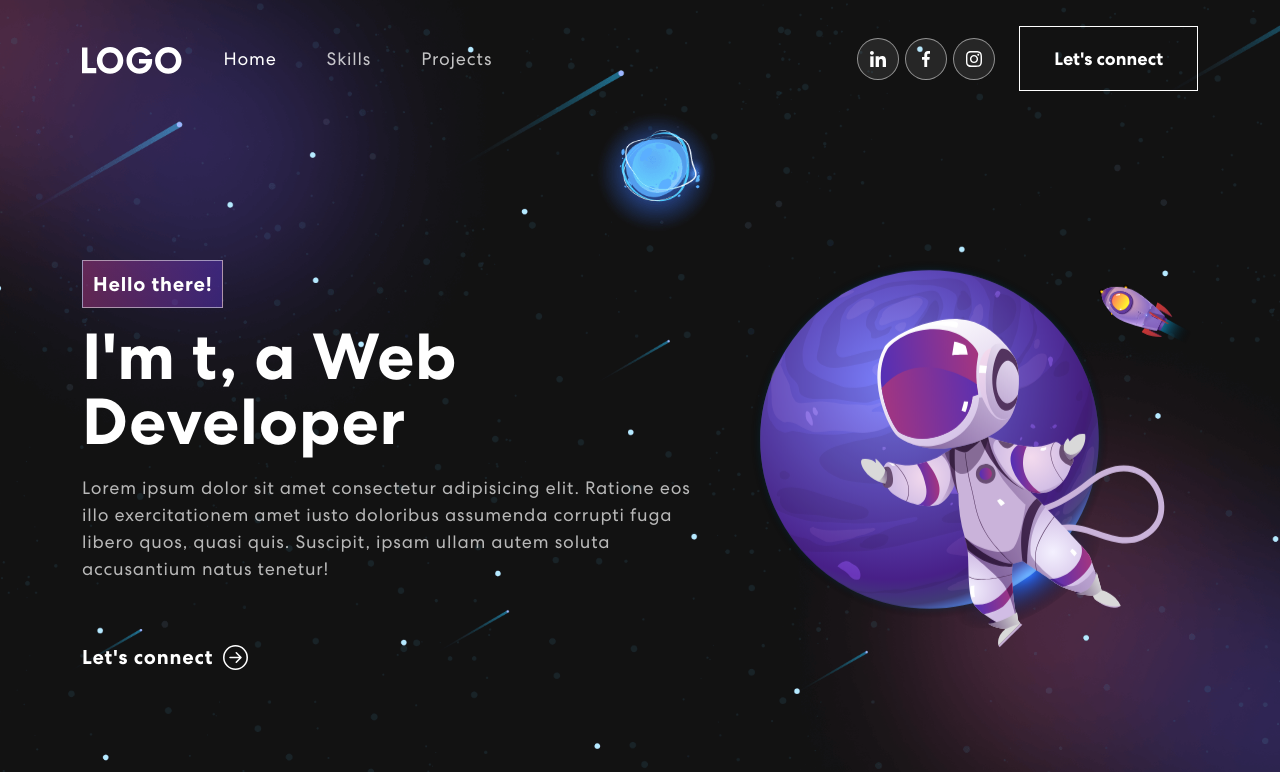
Repository: tynoschuck/personal-space-portfolio
Page: /
The author's editor kept a copy of each file at every save. The page is drawn from the files as they stood at one save, then again after the next save.
The browser window is 1280 px wide. The pictures show the whole page.
The project was rebuilt for these pictures with package versions that can differ from the ones it lists, and the page was loaded fresh each time.

Above is the page before, as saved 2023-01-02 10:11:07.

### src/App.js
import logo from "./logo.svg";
import "./App.css";
import { NavBar } from "./components/NavBar";
import { Banner } from "./components/Banner";
import "bootstrap/dist/css/bootstrap.min.css";

function App() {
  return (
    <div className="App">
      <NavBar />
      <Banner />
    </div>
  );
}

export default App;

### src/App.css
@font-face {
  font-family: Centra;
  src: url('./assets/font/CentraNo2-Bold.ttf');
  font-weight: 700;
}
@font-face {
  font-family: Centra;
  src: url('./assets/font/CentraNo2-Book.ttf');
  font-weight: 400;
}
@font-face {
  font-family: Centra;
  src: url('./assets/font/CentraNo2-Medium.ttf');
  font-weight: 500;
}

* {
  margin: 0;
  padding: 0;
  box-sizing: border-box;
}
html {
  scroll-behavior: smooth;
  scroll-padding-top: 75px;
}
body {
  font-weight: 400;
  overflow-x: hidden;
  position: relative;
  background-color: #121212 !important;
  color: #fff !important;
  font-family: Centra, sans-serif !important;
}

h1, h2, h3, h4, h5, h6 {
  margin: 0;
  padding: 0;
  line-height: normal;
}

a:hover {
  text-decoration: none;
}

img {
  width: 100%;
  height: auto;
}

button {
  border: 0;
  background-color: transparent;
}

input:focus, textarea:focus, select:focus {
  outline: none;
}

@media (min-width:1700px) {
	main .container {
		max-width: 100%;
		padding: 0 150px;
	}
}

p.success {
	color: green;
}

p.danger {
	color: red;
}
/************ Navbar Css ************/
nav.navbar {
  padding: 18px 0;
  position: fixed;
  width: 100%;
  top: 0;
  z-index: 9999;
  transition:  0.32s ease-in-out;
}
nav.navbar.scrolled {
  padding: 0px 0;
  background-color: #121212;
}
nav.navbar a.navbar-brand {
    width: 9%;
}
nav.navbar .navbar-nav .nav-link.navbar-link {
  font-weight: 400;
  color: #fff !important;
  letter-spacing: 0.8px;
  padding: 0 25px;
  font-size: 18px;
  opacity: 0.75;
}
nav.navbar .navbar-nav a.nav-link.navbar-link:hover,
nav.navbar .navbar-nav a.nav-link.navbar-link.active {
    opacity: 1;
}
span.navbar-text {
    display: flex;
    align-items: center;
}
.social-icon {
    display: inline-block;
    margin-left: 14px;
}
.social-icon a {
    width: 42px;
    height: 42px;
    background: rgba(217, 217, 217, 0.1);
    display: inline-flex;
    border-radius: 50%;
    margin-right: 6px;
    align-items: center;
    justify-content: center;
    line-height: 1;
    border: 1px solid rgba(255, 255, 255, 0.5);
}
.social-icon a::before {
    content: "";
    width: 42px;
    height: 42px;
    position: absolute;
    background-color: #ffffff;
    border-radius: 50%;
    transform: scale(0);
	transition: 0.3s ease-in-out;
}
.social-icon a:hover::before {
    transform: scale(1);
}
.social-icon a img {
	width: 40%;
	z-index: 1;
	transition: 0.3s ease-in-out;
}
.social-icon a:hover img {
	filter: brightness(0) saturate(100%) invert(0%) sepia(7%) saturate(98%) hue-rotate(346deg) brightness(95%) contrast(86%);
}
.navbar-text button {
  font-weight: 700;
  color: #fff;
  border: 1px solid #fff;
  padding: 18px 34px;
  font-size: 18px;
  margin-left: 18px;
	position: relative;
	background-color: transparent;
	transition: 0.3s ease-in-out;
}
.navbar-text button span {
  z-index: 1;
}
.navbar-text button::before {
  content: "";
  width: 0%;
  height: 100%;
  position: absolute;
  background-color: #fff;
  left: 0;
  top: 0;
  z-index: -1;
  transition: 0.3s ease-in-out;
}
.navbar-text button:hover {
  color: #121212;
}
.navbar-text button:hover::before {
	content: "";
	width: 100%;
	height: 100%;
	position: absolute;
}
nav.navbar .navbar-toggler:active,
nav.navbar .navbar-toggler:focus {
	outline: none;
    box-shadow: none;
}
nav.navbar .navbar-toggler-icon {
  width: 24px;
  height: 17px;
  background-image: none;
  position: relative;
  border-bottom: 2px solid #fff;
  transition: all 300ms linear;
  top: -2px;
}
nav.navbar .navbar-toggler-icon:focus {
	border-bottom: 2px solid #fff;
}
nav.navbar .navbar-toggler-icon:after,
nav.navbar .navbar-toggler-icon:before {
	width: 24px;
	position: absolute;
	height: 2px;
	background-color: #fff;
	top: 0;
	left: 0;
	content: '';
	z-index: 2;
	transition: all 300ms linear;
}
nav.navbar .navbar-toggler-icon:after {
	top: 8px;
}
nav.navbar .navbar-toggler[aria-expanded="true"] .navbar-toggler-icon:after {
	transform: rotate(45deg);
	background-color: #fff;
	height: 2px;
}
nav.navbar .navbar-toggler[aria-expanded="true"] .navbar-toggler-icon:before {
	transform: translateY(8px) rotate(-45deg);
	background-color: #fff;
	height: 2px;
}
nav.navbar .navbar-toggler[aria-expanded="true"] .navbar-toggler-icon {
	border-color: transparent;
}

/************ Banner Css ************/
.banner {
  margin-top: 0;
  padding: 260px 0 100px 0;
  background-image: url('./assets/img/banner-bg.png');
  background-position: top center;
  background-size: cover;
  background-repeat: no-repeat;
}
.banner .tagline {
  font-weight: 700;
  letter-spacing: 0.8px;
  padding: 8px 10px;
  background: linear-gradient(90.21deg, rgba(170, 54, 124, 0.5) -5.91%, rgba(74, 47, 189, 0.5) 111.58%);
  border: 1px solid rgba(255, 255, 255, 0.5);
  font-size: 20px;
  margin-bottom: 16px;
  display: inline-block;
}
.banner h1 {
  font-size: 65px;
  font-weight: 700;
  letter-spacing: 0.8px;
  line-height: 1;
  margin-bottom: 20px;
  display: block;
}
.banner p {
  color: #B8B8B8;
  font-size: 18px;
  letter-spacing: 0.8px;
  line-height: 1.5em;
  width: 96%;
}
.banner button {
  color: #fff;
  font-weight: 700;
  font-size: 20px;
  margin-top: 60px;
  letter-spacing: 0.8px;
  display: flex;
  align-items: center;
}
.banner button svg {
  font-size: 25px;
  margin-left: 10px;
  transition: 0.3s ease-in-out;
  line-height: 1;
}
.banner button:hover svg {
  margin-left: 25px;
}
.banner img {
  animation: updown 3s linear infinite;
}
@keyframes updown {
    0% {
        transform: translateY(-20px);
    }
    50% {
        transform: translateY(20px);
    }
    100% {
        transform: translateY(-20px);
    }
}
.txt-rotate > .wrap {
  border-right: 0.08em solid #666;
}

### src/components/NavBar.js
import { useState, useEffect } from "react";
import { Navbar, Container, Nav } from "react-bootstrap";
import logo from "../assets/img/logo.svg";
import navIcon1 from "../assets/img/nav-icon1.svg";
import navIcon2 from "../assets/img/nav-icon2.svg";
import navIcon3 from "../assets/img/nav-icon3.svg";

export const NavBar = () => {
  const [activeLink, setActiveLink] = useState("home");
  const [scrolled, setScrolled] = useState(false);

  useEffect(() => {
    const onScroll = () => {
      if (window.scrollY > 50) {
        setScrolled(true);
      } else {
        setScrolled(false);
      }
    };
    window.addEventListener("scroll", onScroll);

    return () => window.removeEventListener("scroll", onScroll);
  }, []);

  const onUpdateActiveLink = (value) => {
    setActiveLink(value);
  };

  return (
    <Navbar expand="lg" className={scrolled ? "scrolled" : ""}>
      <Container>
        <Navbar.Brand href="#home">
          <img src={logo} alt="logo" />
        </Navbar.Brand>
        <Navbar.Toggle aria-controls="basic-navbar-nav">
          <span className="navbar-toggler-icon"></span>
        </Navbar.Toggle>
        <Navbar.Collapse id="basic-navbar-nav">
          <Nav className="me-auto">
            <Nav.Link
              href="#home"
              className={
                activeLink === "home" ? "active navbar-link" : "navbar-link"
              }
              onClick={() => onUpdateActiveLink("home")}
            >
              Home
            </Nav.Link>
            <Nav.Link
              href="#skills"
              className={
                activeLink === "skills" ? "active navbar-link" : "navbar-link"
              }
              onClick={() => onUpdateActiveLink("skills")}
            >
              Skills
            </Nav.Link>
            <Nav.Link
              href="#projects"
              className={
                activeLink === "projects" ? "active navbar-link" : "navbar-link"
              }
              onClick={() => onUpdateActiveLink("projects")}
            >
              Projects
            </Nav.Link>
          </Nav>
          <span className="navbar-text">
            <div className="social-icon">
              <a href="#">
                <img src={navIcon1} alt="" />
              </a>
              <a href="#">
                <img src={navIcon2} alt="" />
              </a>
              <a href="#">
                <img src={navIcon3} alt="" />
              </a>
            </div>
            <button className="vvd">
              <span>Let's connect</span>
            </button>
          </span>
        </Navbar.Collapse>
      </Container>
    </Navbar>
  );
};

### src/components/Banner.js
import { useState, useEffect } from "react";
import { Container, Row, Col } from "react-bootstrap";
import { ArrowRightCircle } from "react-bootstrap-icons";
import headerImg from "../assets/img/header-img.svg";

export const Banner = () => {
  const [loopNum, setLoopNum] = useState(0);
  const [isDeleting, setIsDeleting] = useState(false);
  const toRotate = ["Dado", "tynoschuck", "Davide"];
  const [text, setText] = useState("");
  const [delta, setDelta] = useState(300 - Math.random() * 100);
  const period = 2000;

  useEffect(() => {
    let ticker = setInterval(() => {
      tick();
    }, delta);

    return () => {
      clearInterval(ticker)};
  // eslint-disable-next-line react-hooks/exhaustive-deps
  }, [text])

  const tick = () => {
    let i = loopNum % toRotate.length;
    let fullText = toRotate[i];
    let updatedText = isDeleting
      ? fullText.substring(0, text.length - 1)
      : fullText.substring(0, text.length + 1);
    setText(updatedText);

    if (isDeleting) {
      setDelta((prevDelta) => prevDelta / 2);
    }
    if (!isDeleting && updatedText === fullText) {
      setIsDeleting(true);
      setDelta(period);
    } else if (isDeleting && updatedText === "") {
      setIsDeleting(false);
      setLoopNum(loopNum + 1);
      setDelta(500);
    }
  }

  return (
    <section className="banner" id="home">
      <Container>
        <Row className="align-items-center">
          <Col xs={12} md={6} xl={7}>
            <span className="tagline">Hello there!</span>
            <h1>
              <span className="wrap">I'm {text}, </span>
              {`a Web Developer`}
            </h1>
            <p>
              Lorem ipsum dolor sit amet consectetur adipisicing elit. Ratione
              eos illo exercitationem amet iusto doloribus assumenda corrupti
              fuga libero quos, quasi quis. Suscipit, ipsam ullam autem soluta
              accusantium natus tenetur!
            </p>
            <button>
              Let's connect <ArrowRightCircle size={25} />
            </button>
          </Col>
          <Col xs={12} md={6} xl={5}>
            <img src={headerImg} alt="header_img" />
          </Col>
        </Row>
      </Container>
    </section>
  );
};

Loaded but not shown: public/index.html (common file); src/index.js (common file); src/index.css (common file); src/reportWebVitals.js (common file)

After the next save:
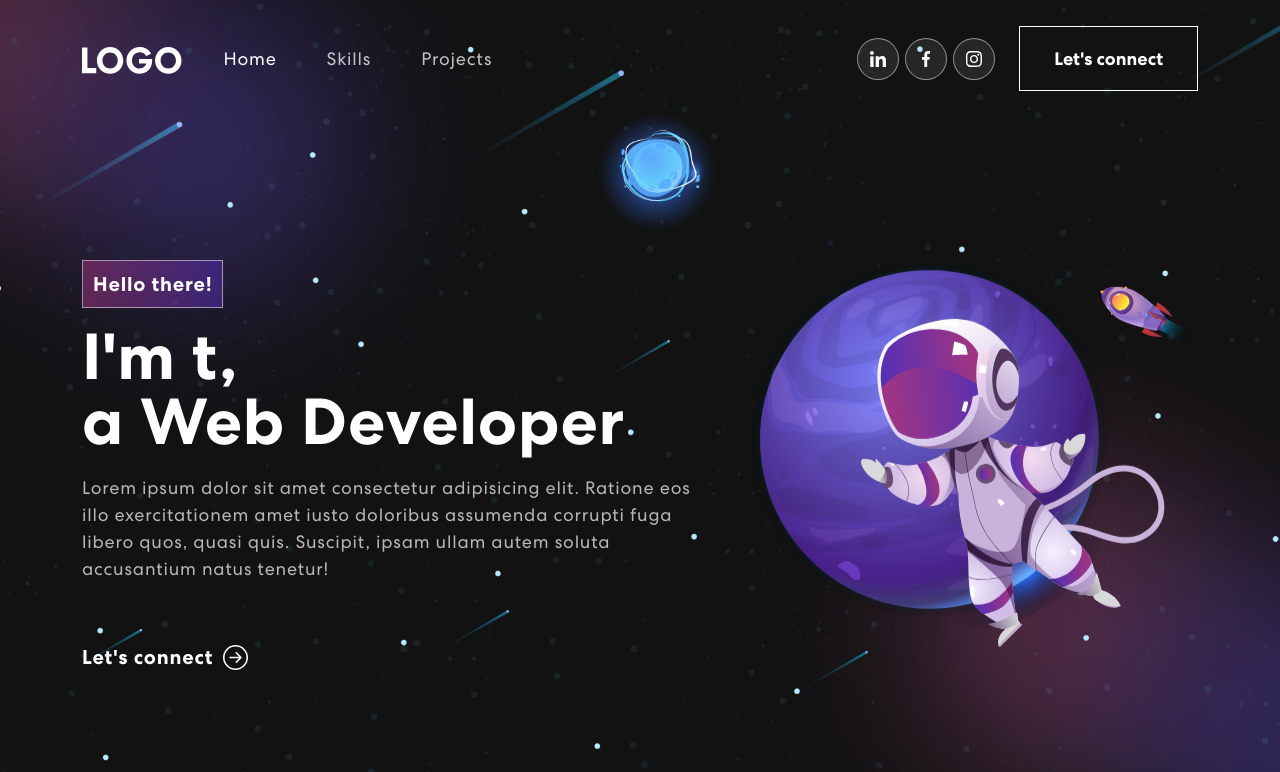
Saved 47 s later.
--- a/src/components/Banner.js
+++ b/src/components/Banner.js
@@ -50,7 +50,7 @@ export const Banner = () => {
             <span className="tagline">Hello there!</span>
             <h1>
               <span className="wrap">I'm {text}, </span>
-              {`a Web Developer`}
+              <br />{`a Web Developer`}
             </h1>
             <p>
               Lorem ipsum dolor sit amet consectetur adipisicing elit. Ratione
